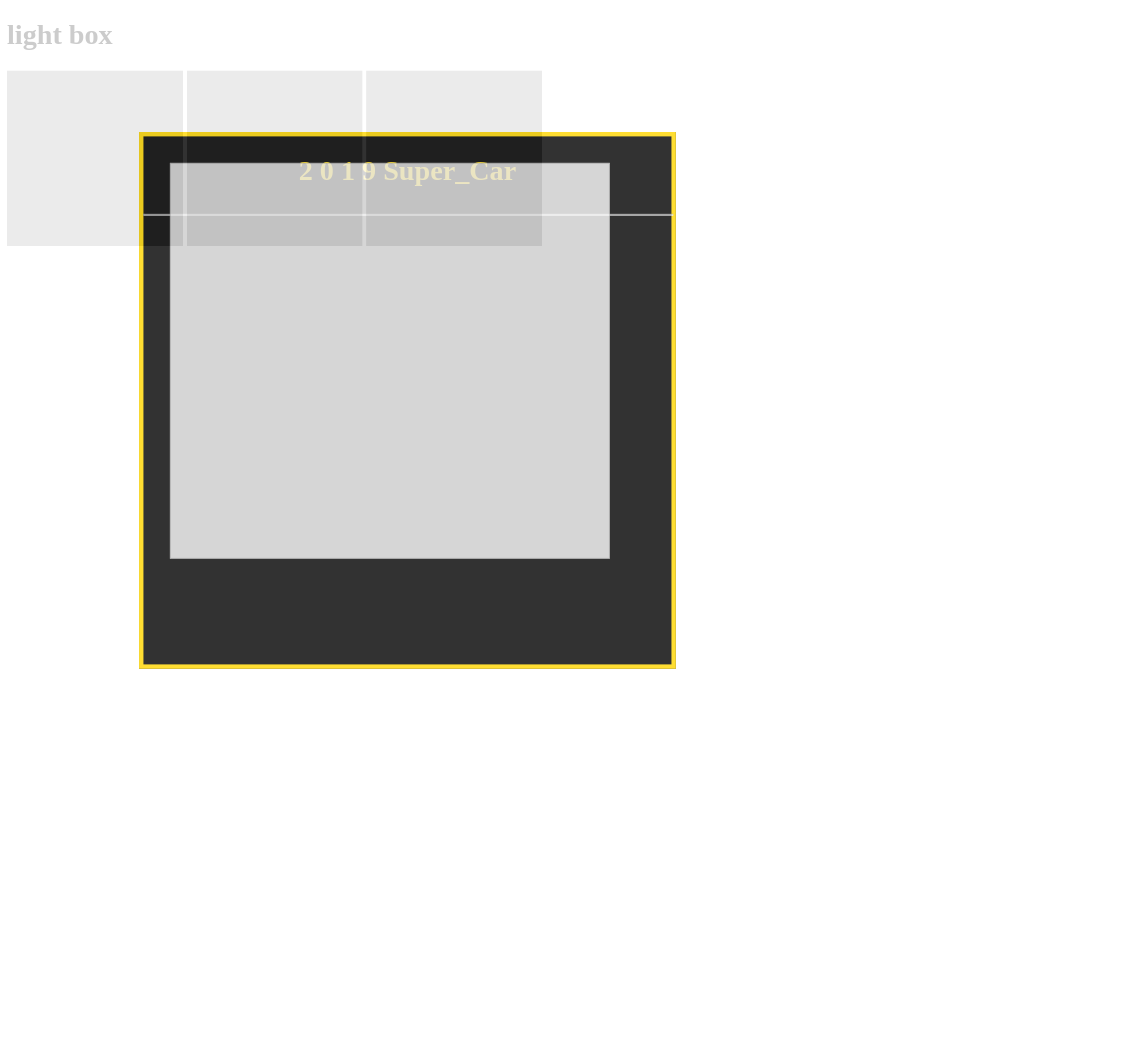
Repository: hangilyon/allJSPStudy
Page: javascript/quiz08_bigImg.html
These files come from the project's save history. The page is drawn as it stood at one moment and after the next save; the edit follows.
The browser window is 1280 px wide. The pictures show the whole page, at 88% of full size.
Pictures or frames that could not be fetched are drawn as grey boxes.

Above is the page before, as saved 2021-10-16 05:44:34.

After the next save:
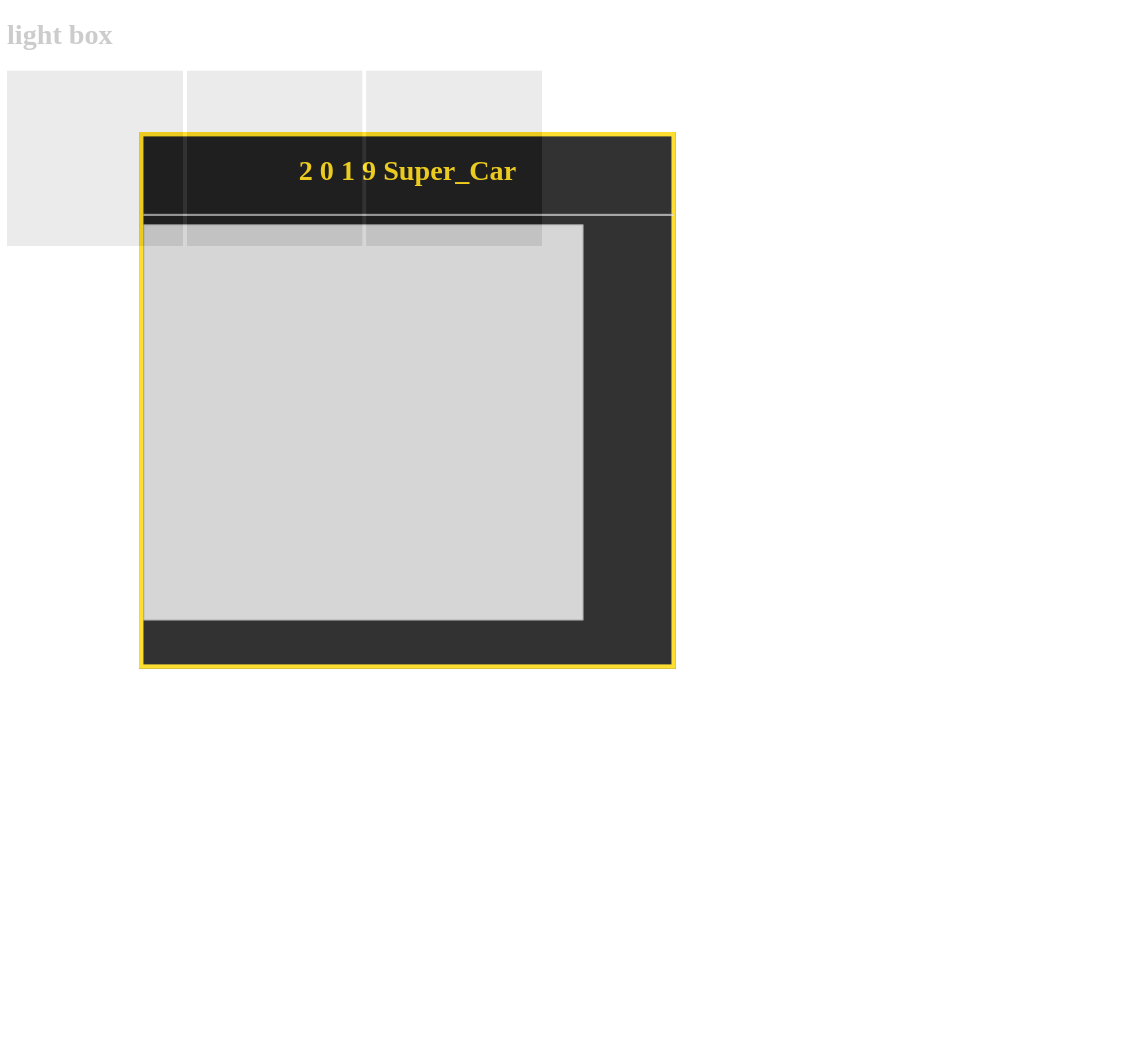
Saved 11 s later.
--- a/javascript/quiz08_bigImg.html
+++ b/javascript/quiz08_bigImg.html
@@ -45,7 +45,7 @@
 #bigImg #setbigImg img {
 	width: 500px;
 	height: 450px;
-	margin: 30px 30px;
+	margin-top: 100px;
 }
 </style>
 <script type="text/javascript">
